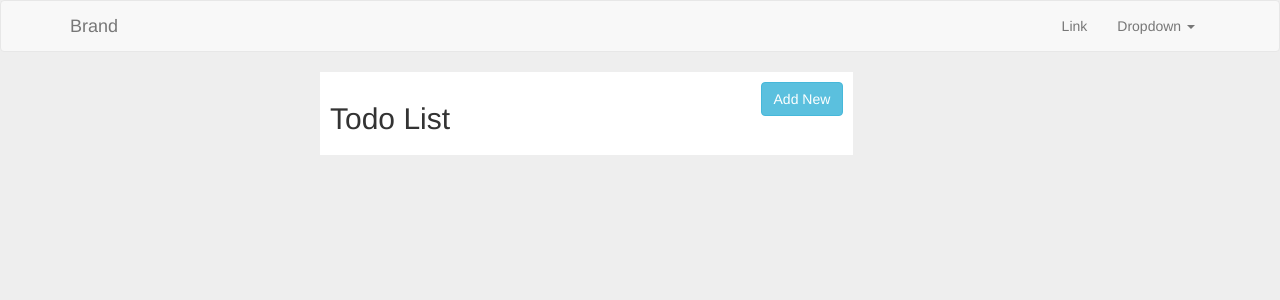
Repository: neoighodaro-articles/migrating-to-laravel
Page: http://localhost/pages/home.php?rel=add
These files come from the project's save history. The page is drawn as it stood at one moment and after a run of saves; the edit follows.
The browser window is 1280 px wide. The pictures show the whole page.
The page is run by PHP 8.4 with error messages shown; the project is at /var/www/html/.

Above is the page before, as saved 2018-06-12 20:36:02.

After the next 2 saves:
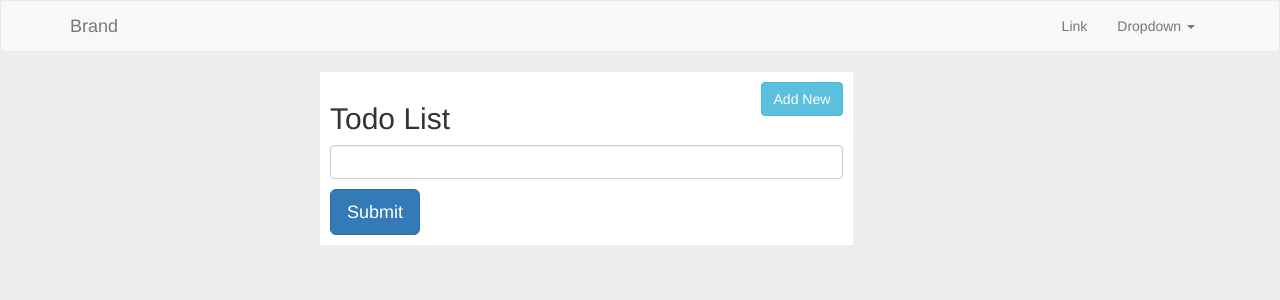
The 2 saves are shown as one change because they came seconds apart.
The last was saved 28 s later.
--- a/vanilla/pages/home.php
+++ b/vanilla/pages/home.php
@@ -64,13 +64,13 @@
 
 
       if( isset($_GET['rel']) and $_GET['rel'] == 'add'):
-
-      else:
-    ?>
-        <input type="text" class="form-control">
+        ?>
+           <input type="text" class="form-control">
         <p></p>
         <button class="btn btn-primary btn-lg"> Submit </button>
-    <?php
+   <?php
+      else:
+
       /**
        * delete
        */
